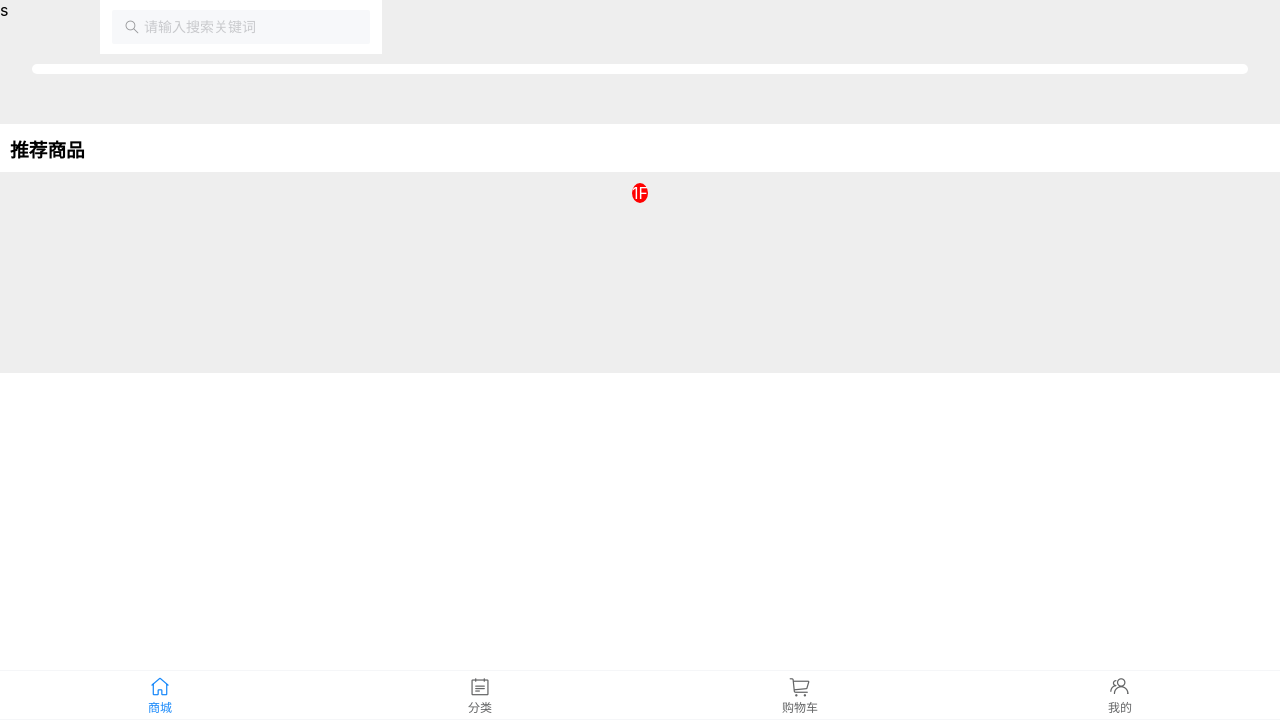
Repository: liuyangming111/mall
Page: /
The author's editor kept a copy of each file at every save. The page is drawn from the files as they stood at one save, then again after the next save.
The browser window is 1280 px wide. The pictures show the whole page.
The page's requests for data from a server got no answer. The project was rebuilt for these pictures with package versions that can differ from the ones it lists, and the page was loaded fresh each time. No one was signed in, and anything a server would have sent is missing. Also part of the build but not shown: vue.config.js.

Above is the page before, as saved 2020-07-22 09:04:16.

After the next save:
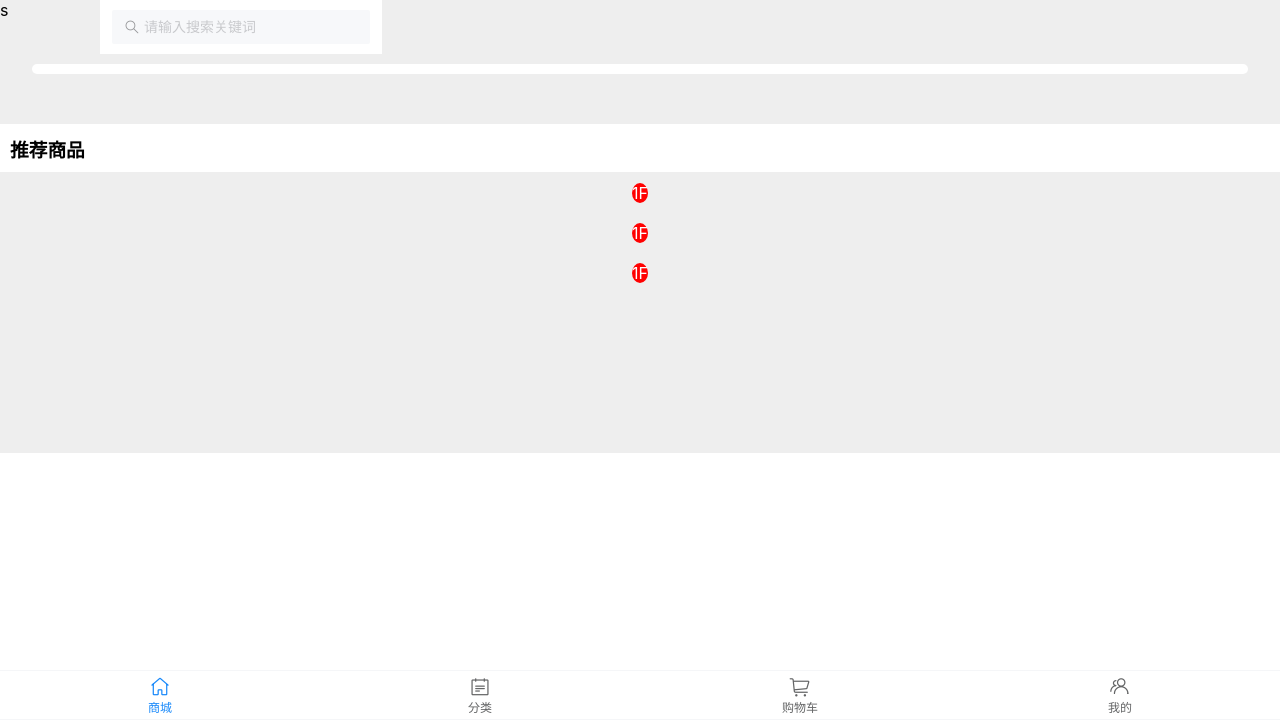
Saved 16 s later.
--- a/src/components/mall/malll.vue
+++ b/src/components/mall/malll.vue
@@ -1,5 +1,19 @@
 <template>
   <div>
+    <div class="floor1"><span class="floor1_1">1F</span>{{floorName.floor1}}</div>
+    <div class="food">
+        <div v-for="(item, index) in floor1" :key="index" class="food1">
+            <img v-if="index===0" :src="item.image" alt="">
+            <img v-else :src="item.image" alt="">
+        </div>
+    </div>
+    <div class="floor1"><span class="floor1_1">1F</span>{{floorName.floor1}}</div>
+    <div class="food">
+        <div v-for="(item, index) in floor1" :key="index" class="food1">
+            <img v-if="index===0" :src="item.image" alt="">
+            <img v-else :src="item.image" alt="">
+        </div>
+    </div>
     <div class="floor1"><span class="floor1_1">1F</span>{{floorName.floor1}}</div>
     <div class="food">
         <div v-for="(item, index) in floor1" :key="index" class="food1">
